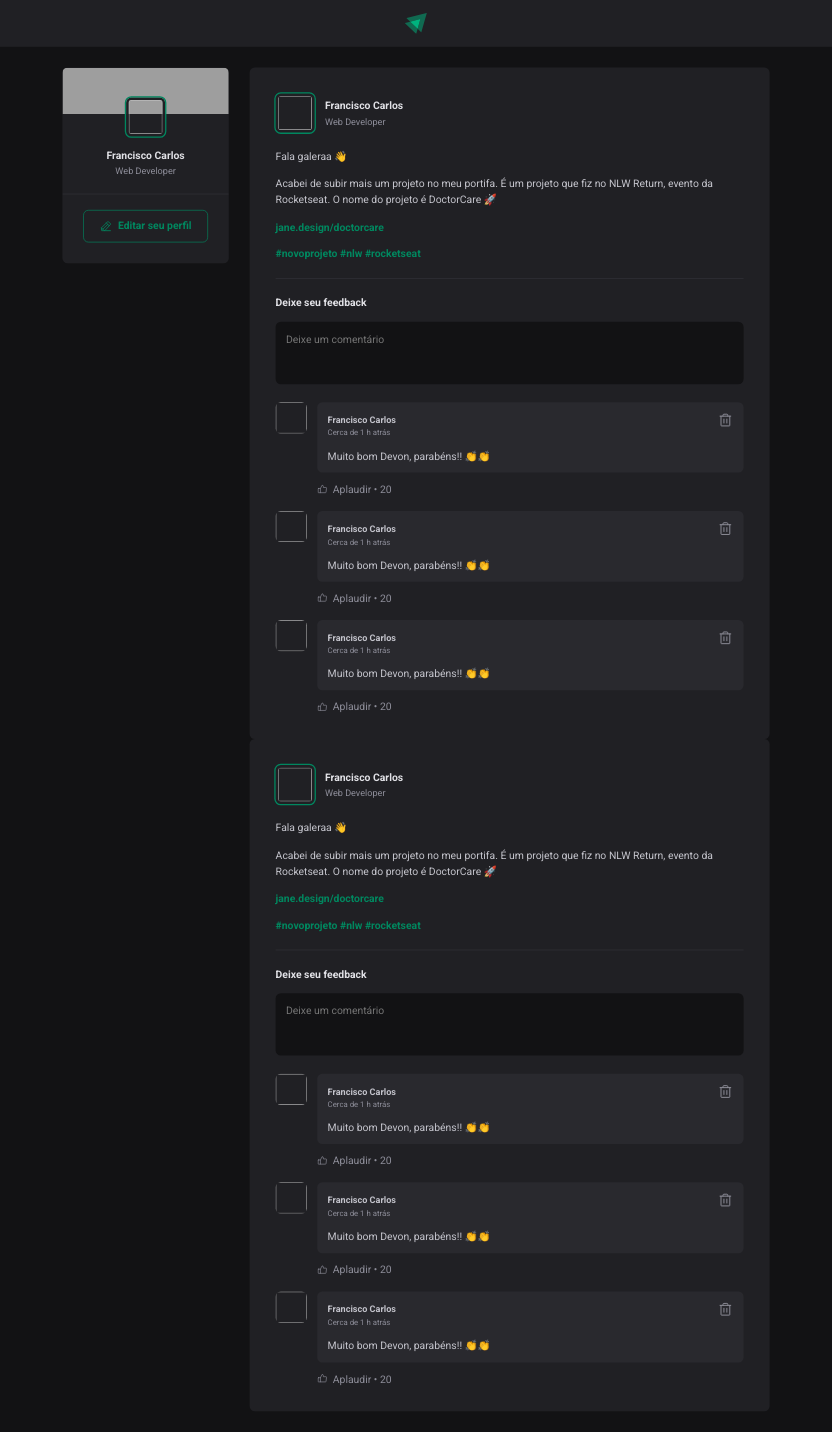
Repository: ch1coon/AulasRocketseat
Page: / (app in Ignite/aulas/01-fundamentos-reactjs/)
An editor plug-in stored every save of this project. The page is shown before and after the next save, followed by the edit.
The browser window is 1280 px wide. The pictures show the whole page, at 65% of full size.
Pictures or frames that could not be fetched are drawn as grey boxes. The project was rebuilt for these pictures with package versions that can differ from the ones it lists, and the page was loaded fresh each time. Also part of the build but not shown: Ignite/aulas/01-fundamentos-reactjs/vite.config.js.

Above is the page before, as saved 2023-08-12 09:31:17.

After the next save:
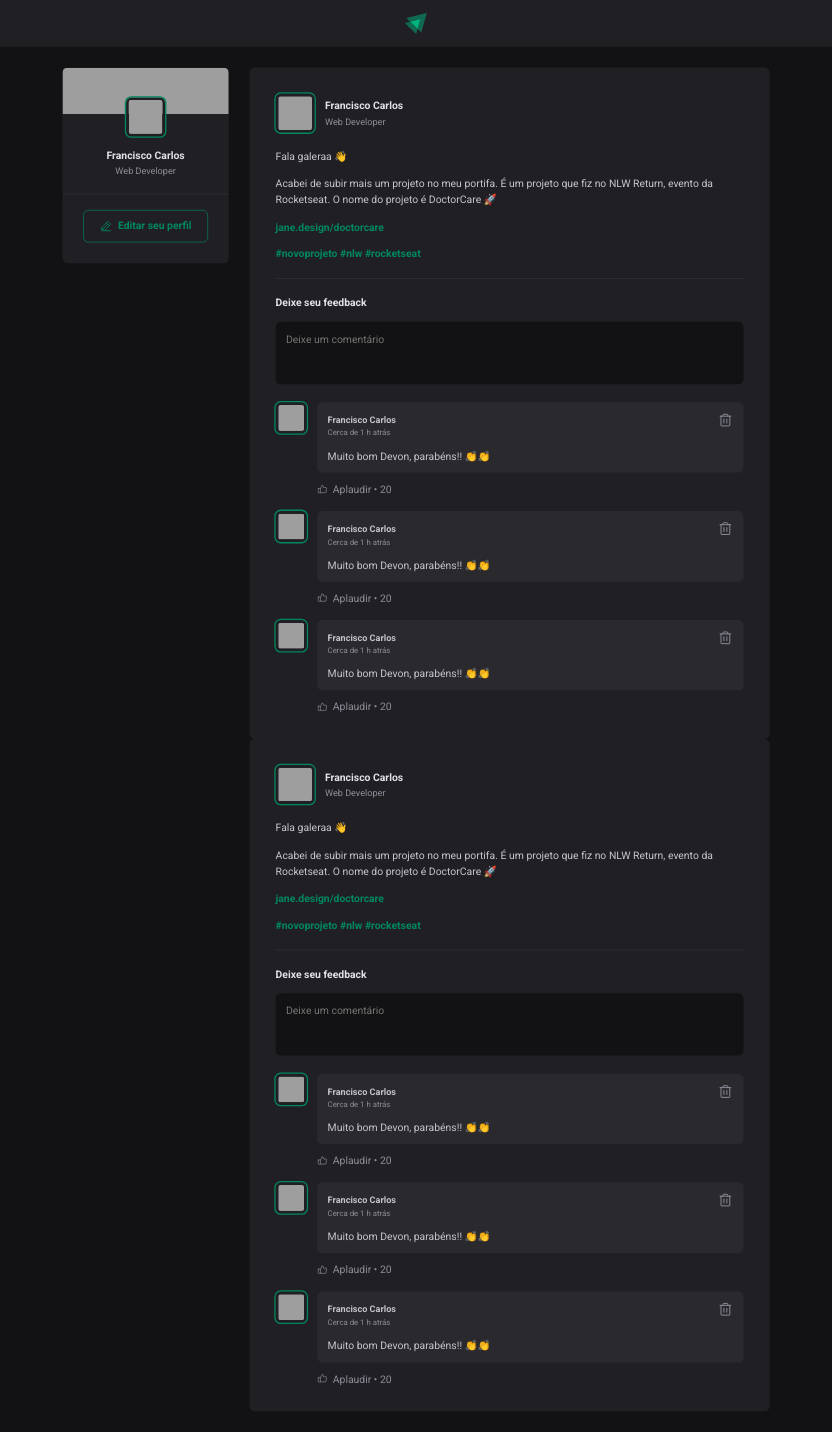
Saved 92 s later.
--- a/Ignite/aulas/01-fundamentos-reactjs/src/components/Avatar.jsx
+++ b/Ignite/aulas/01-fundamentos-reactjs/src/components/Avatar.jsx
@@ -1,12 +1,10 @@
 import styles from "./Avatar.module.css";
 
-export function Avatar(props) {
-  const hasBorder = props.hasBorder != false;
-
+export function Avatar(hasBorder = true, src) {
   return (
     <img
       className={hasBorder ? styles.avatarWithBorder : styles.avatar}
-      src={props.source}
+      src={src}
     />
   );
 }
